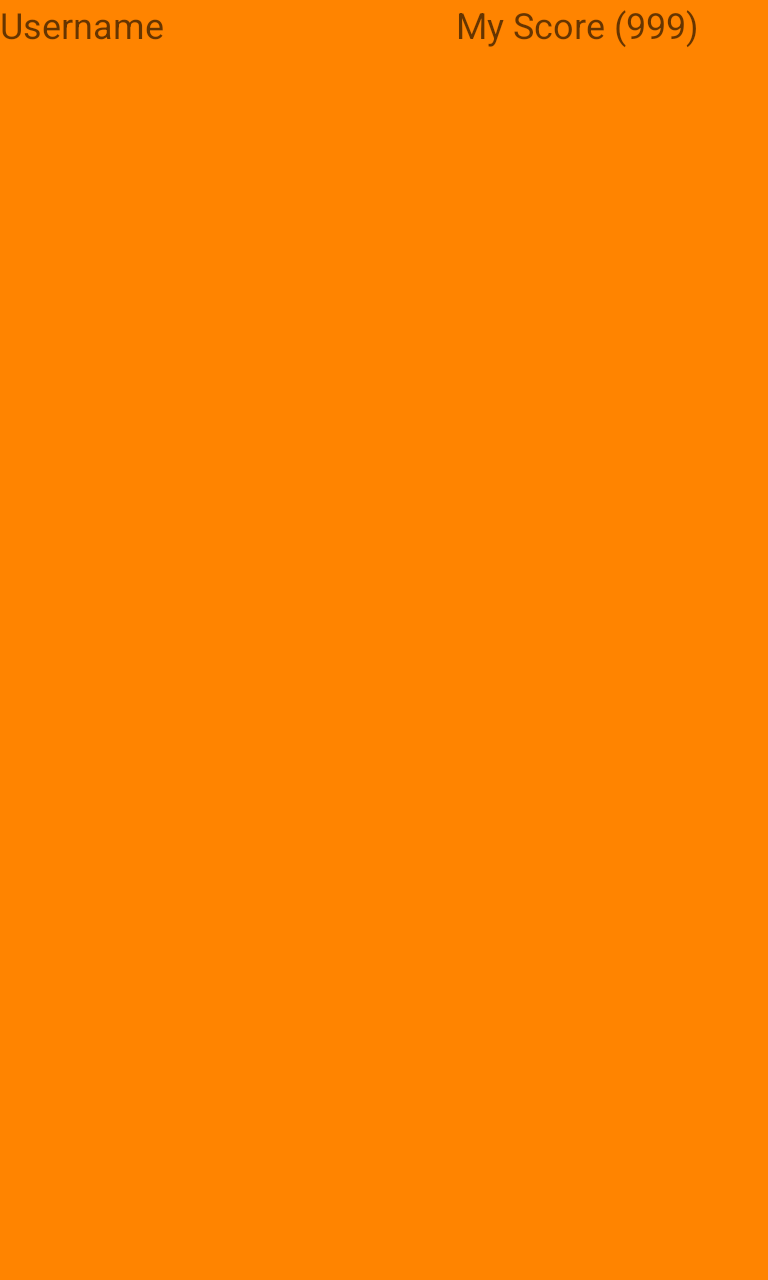
Repository: quantumlicht/android-capstone
Layout: capstone_client/res/layout/fragment_completed_quiz.xml
These files come from the project's save history. The layout is drawn as it stood at one moment and after the next save; the edit follows.
It is drawn on a 768 x 1280 px phone screen (xhdpi) without system bars, with theme AppTheme; the app's code is not run. Lists and similar views that code fills are empty. The app's manifest (not shown) leaves right-to-left support off. So textAlignment, textDirection and layoutDirection are ignored, and left and right values win over start and end ones.

Above is the layout before, as saved 2014-11-09 17:38:49.

### capstone_client/res/layout/fragment_completed_quiz.xml
<?xml version="1.0" encoding="utf-8"?>
<RelativeLayout xmlns:android="http://schemas.android.com/apk/res/android"
    android:layout_width="match_parent"
    android:layout_height="match_parent"
    android:background="#ff8400"
    android:gravity="fill_horizontal"
    android:orientation="vertical" >

    <TextView
        android:id="@+id/textView1"
        android:layout_width="wrap_content"
        android:layout_height="wrap_content"
        android:layout_alignParentLeft="true"
        android:layout_alignParentTop="true"
        android:text="Username"
        android:textAppearance="?android:attr/textAppearanceMedium" />

    <TextView
        android:id="@+id/textView2"
        android:layout_width="156dp"
        android:layout_height="wrap_content"
        android:layout_alignParentRight="true"
        android:layout_alignParentTop="true"
        android:gravity="fill_horizontal|right"
        android:text="My Score (999)"
        android:textAlignment="gravity"
        android:textAppearance="?android:attr/textAppearanceMedium" />

</RelativeLayout>

### capstone_client/res/values/styles.xml
<resources>

    <!--
        Base application theme, dependent on API level. This theme is replaced
        by AppBaseTheme from res/values-vXX/styles.xml on newer devices.
    -->
    <style name="AppBaseTheme" parent="Theme.AppCompat.Light">
        <!--
            Theme customizations available in newer API levels can go in
            res/values-vXX/styles.xml, while customizations related to
            backward-compatibility can go here.
        -->
    </style>

    <!-- Application theme. -->
    <style name="AppTheme" parent="AppBaseTheme">
        <!-- All customizations that are NOT specific to a particular API-level can go here. -->
    </style>

    <declare-styleable name="FragmentArguments">
    	<attr name="android:label" />
	</declare-styleable>

</resources>

Loaded but not shown: capstone_client/res/values-v11/styles.xml (common file); capstone_client/res/values-v14/styles.xml (common file)

After the next save:
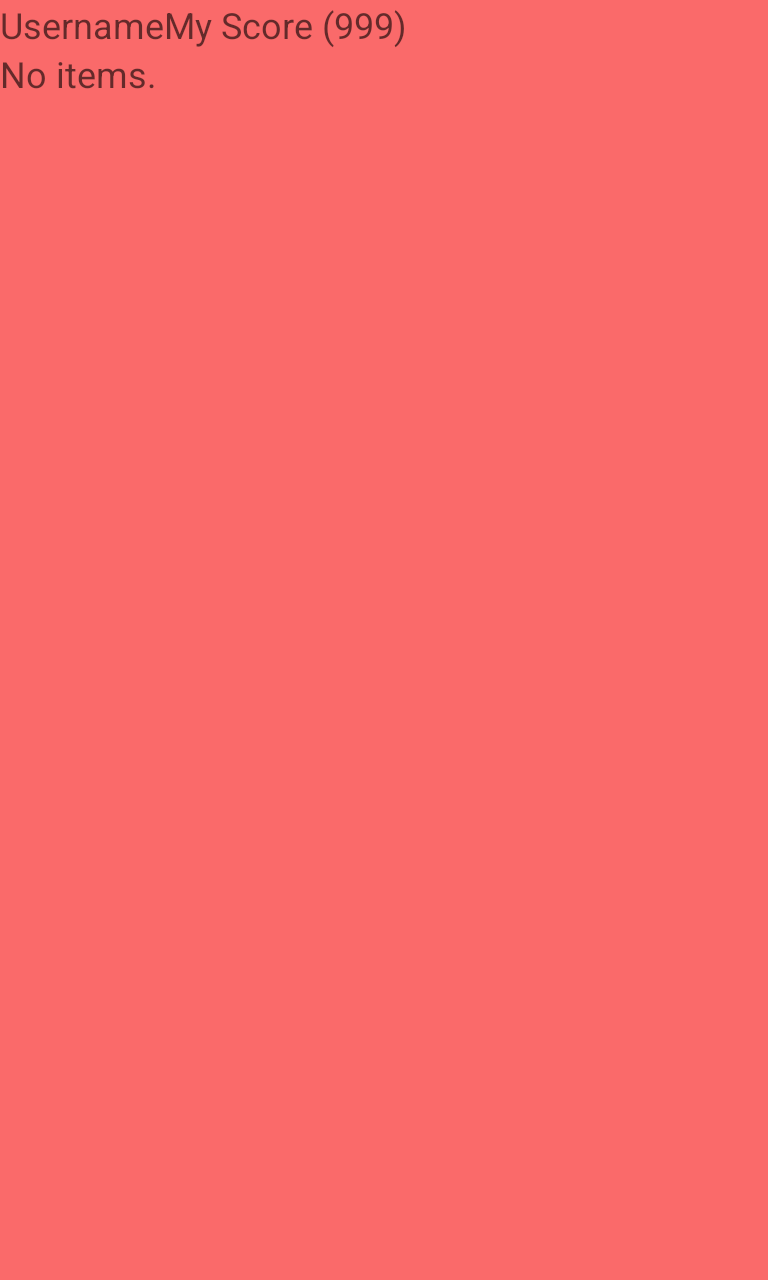
Saved 92 min 37 s later.
--- a/capstone_client/res/layout/fragment_completed_quiz.xml
+++ b/capstone_client/res/layout/fragment_completed_quiz.xml
@@ -1,29 +1,57 @@
 <?xml version="1.0" encoding="utf-8"?>
-<RelativeLayout xmlns:android="http://schemas.android.com/apk/res/android"
+<LinearLayout xmlns:android="http://schemas.android.com/apk/res/android"
     android:layout_width="match_parent"
     android:layout_height="match_parent"
-    android:background="#ff8400"
-    android:gravity="fill_horizontal"
+    android:background="#fa6a6a"
     android:orientation="vertical" >
 
-    <TextView
-        android:id="@+id/textView1"
-        android:layout_width="wrap_content"
-        android:layout_height="wrap_content"
-        android:layout_alignParentLeft="true"
-        android:layout_alignParentTop="true"
-        android:text="Username"
-        android:textAppearance="?android:attr/textAppearanceMedium" />
+    <LinearLayout
+        android:layout_width="match_parent"
+        android:layout_height="wrap_content" >
 
-    <TextView
-        android:id="@+id/textView2"
-        android:layout_width="156dp"
-        android:layout_height="wrap_content"
-        android:layout_alignParentRight="true"
-        android:layout_alignParentTop="true"
-        android:gravity="fill_horizontal|right"
-        android:text="My Score (999)"
-        android:textAlignment="gravity"
-        android:textAppearance="?android:attr/textAppearanceMedium" />
+        <TextView
+            android:id="@+id/username"
+            android:layout_width="wrap_content"
+            android:layout_height="wrap_content"
+            android:text="Username"
+            android:textAppearance="?android:attr/textAppearanceMedium" />
 
-</RelativeLayout>
+        <TextView
+            android:id="@+id/textView2"
+            android:layout_width="156dp"
+            android:layout_height="wrap_content"
+            android:gravity="fill_horizontal|right"
+            android:text="My Score (999)"
+            android:textAlignment="gravity"
+            android:textAppearance="?android:attr/textAppearanceMedium" />
+
+    </LinearLayout>
+
+    <FrameLayout
+        android:layout_width="match_parent"
+        android:layout_height="0dip"
+        android:layout_weight="1" >
+
+        <!--
+             Here is the list. Since we are using a ListActivity, we
+             have to call it "@android:id/list" so ListActivity will
+             find it
+        -->
+
+        <ListView
+            android:id="@+id/list"
+            android:layout_width="match_parent"
+            android:layout_height="match_parent"
+            android:drawSelectorOnTop="false" />
+
+        <!-- Here is the view to show if the list is emtpy -->
+
+        <TextView
+            android:id="@android:id/empty"
+            android:layout_width="match_parent"
+            android:layout_height="match_parent"
+            android:text="No items."
+            android:textAppearance="?android:attr/textAppearanceMedium" />
+    </FrameLayout>
+
+</LinearLayout>
